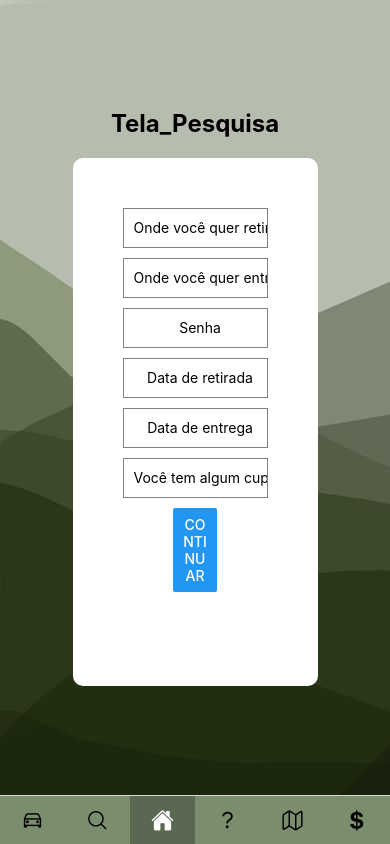
Repository: GabrielAron/EcoWheels
Page: /Home
These files come from the project's save history. The page is drawn as it stood at one moment and after the next save; the edit follows.
The browser window is 390 px wide. The pictures show the whole page.
The app was drawn by React Native's web renderer in a window 390 px wide. The project was rebuilt for these pictures with package versions that can differ from the ones it lists, and the page was loaded fresh each time. Also part of the build but not shown: src/Paginas/Carros/index.js, src/Paginas/Ajuda/index.js, src/Paginas/Mapa/index.js, src/Paginas/Pagamento/pagamento.js.

Above is the page before, as saved 2023-11-24 14:39:22.

After the next save:
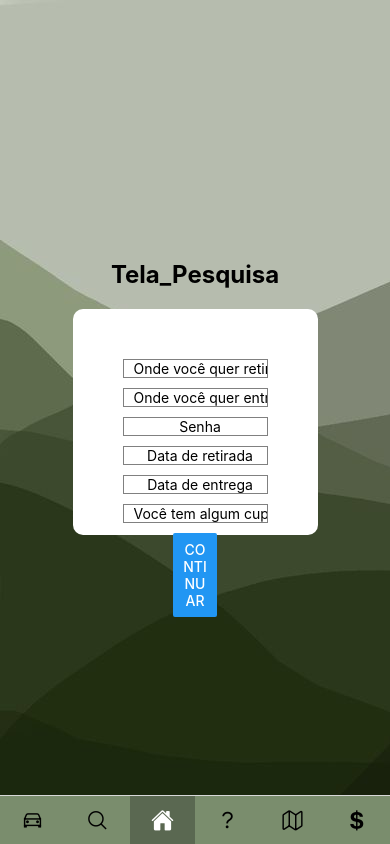
Saved 9 s later.
--- a/src/Paginas/Home/index.js
+++ b/src/Paginas/Home/index.js
@@ -53,7 +53,7 @@ const styles = StyleSheet.create({
     borderRadius: 10,
     padding: 50,
     width: '70%',
-    height:'70%',
+    height:'30%',
     alignSelf: 'center',
   },
   buttonContainer: {
